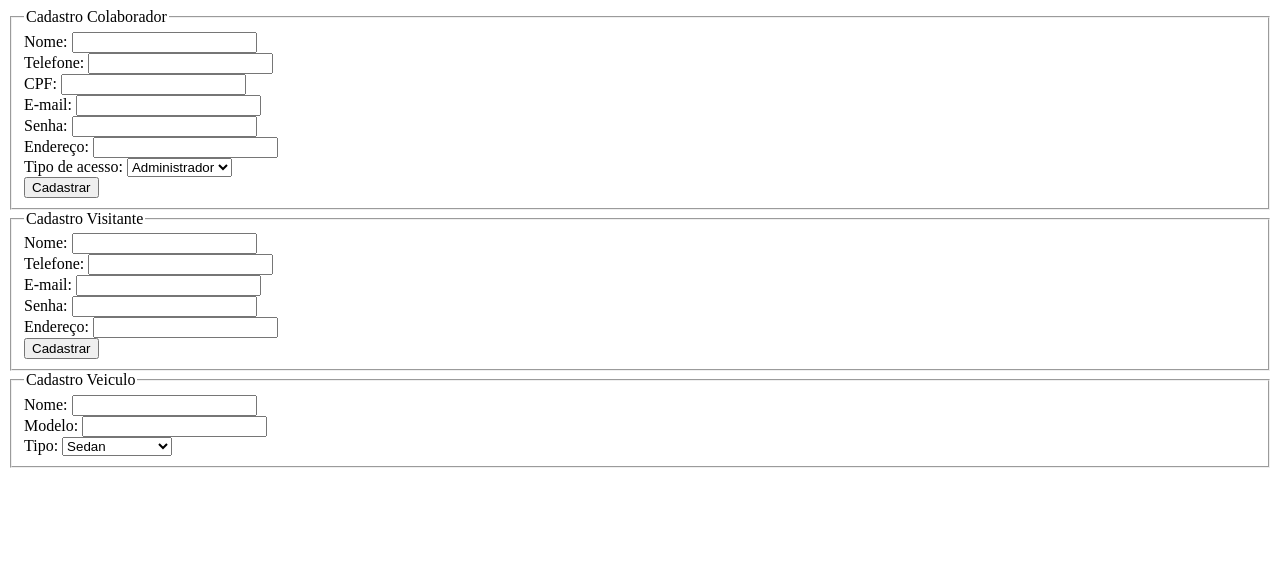
Repository: tdex/cmproject
Page: http://localhost/cmproject/
An editor plug-in stored every save of this project. The page is shown before and after the next save, followed by the edit.
The browser window is 1280 px wide. The pictures show the whole page.
The page is served by Tomcat 9. Other server files are loaded and not shown.

Above is the page before, as saved 2015-06-16 16:49:44.

### codigo/cmproject/cmproject/WebContent/index.jsp
<%@ page language="java" contentType="text/html; charset=UTF-8"
	pageEncoding="UTF-8"%>
<!DOCTYPE html>
<html>
<head>
<meta charset=UTF-8>
<title>Insert title here</title>
</head>
<body>
	<form action="validaColaborador.jsp" method="get">
		<fieldset>
			<legend>Cadastro Colaborador</legend>
			<label>Nome: <input type="text" name="nome" required></label><br>
			<label>Telefone: <input type="text" name="telefone"></label><br>
			<label>CPF: <input type="text" name="cpf"></label><br>
			<label>E-mail: <input type="email" name="email" required></label><br>
			<label>Senha: <input type="password" name="senha" required></label><br>
			<label>Endereço: <input type="text" name="endereco"></label><br>
			<label>Tipo de acesso:
				<select name="tipoAcesso" required>
					<option>Administrador</option>
					<option>Colaborador</option>
				</select>
			</label><br>
			<input type="submit" value="Cadastrar">
		</fieldset>
	</form>

	<form action="validaVisitante.jsp" method="get">
		<fieldset>
			<legend>Cadastro Visitante</legend>
			<label>Nome: <input type="text" name="nome" required></label><br>
			<label>Telefone: <input type="text" name="telefone"></label><br>
			<label>E-mail: <input type="email" name="email"></label><br>
			<label>Senha: <input type="password" name="senha"></label><br>
			<label>Endereço: <input type="text" name="endereco"></label><br>
			<input type="submit" value="Cadastrar">
		</fieldset>
	</form>

	<form action="validaVeiculo.jsp" method="get">
		<fieldset>
			<legend>Cadastro Veiculo</legend>
			<label>Nome: <input type="text" required name="nome"></label><br>
			<label>Modelo: <input type="text" required name="modelo"></label><br>
			<label>Tipo:
				<select>
					<optgroup label="Carro">
						<option>Sedan</option>
						<option>Hatch</option>
						<option>SUV</option>
					</optgroup>
					<optgroup label="Motos">
						<option>Esportivas</option>
						<option>Econômicas</option>
					</optgroup>
				</select>
			</label>
		</fieldset>
	</form>
</body>
</html>

After the next save:
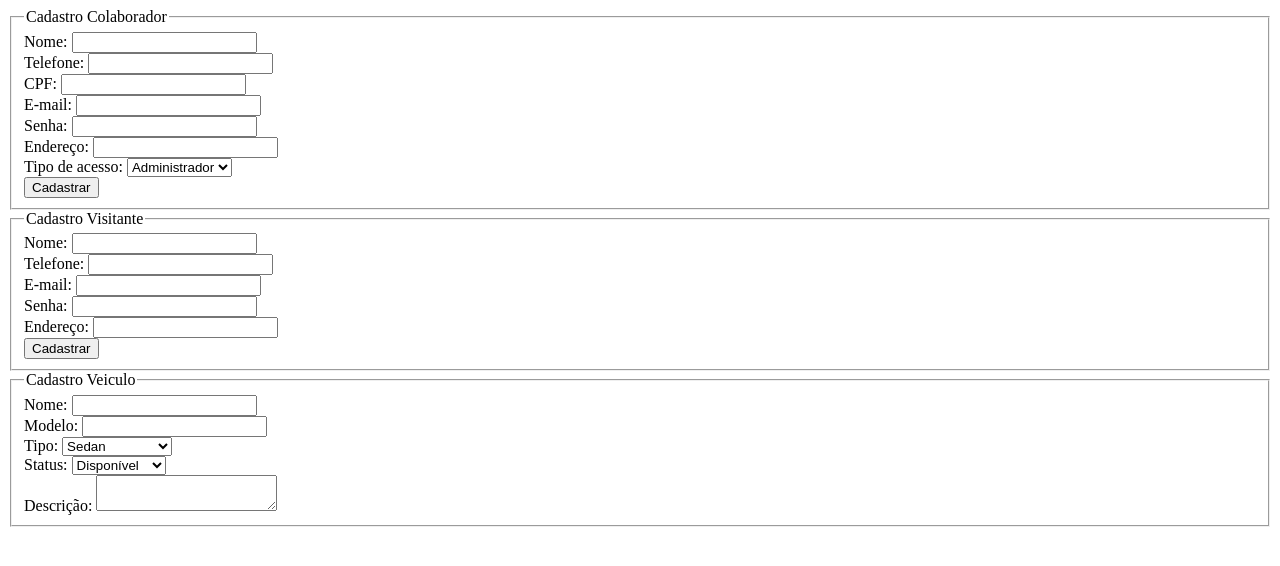
Saved 4 min 24 s later.
--- a/codigo/cmproject/cmproject/WebContent/index.jsp
+++ b/codigo/cmproject/cmproject/WebContent/index.jsp
@@ -44,7 +44,7 @@
 			<label>Nome: <input type="text" required name="nome"></label><br>
 			<label>Modelo: <input type="text" required name="modelo"></label><br>
 			<label>Tipo:
-				<select>
+				<select name="tipo">
 					<optgroup label="Carro">
 						<option>Sedan</option>
 						<option>Hatch</option>
@@ -55,7 +55,14 @@
 						<option>Econômicas</option>
 					</optgroup>
 				</select>
-			</label>
+			</label><br>
+			<label>Status:
+				<select name="status">
+					<option value="1">Disponível</option>
+					<option value="0">Indisponível</option>
+				</select>
+			</label><br>
+			<label>Descrição: <textarea name="descricao"></textarea></label>
 		</fieldset>
 	</form>
 </body>
